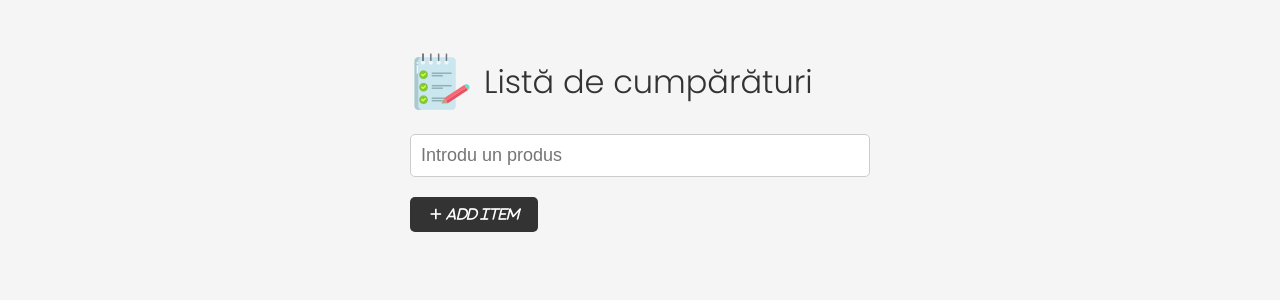
Repository: klaus0005/shopping-list
Page: index.html
The author's editor kept a copy of each file at every save. The page is drawn from the files as they stood at one save, then again after the next save.
The browser window is 1280 px wide. The pictures show the whole page.
Some web libraries are served in a nearby version.

Above is the page before, as saved 2024-06-27 00:08:36.

After the next save:
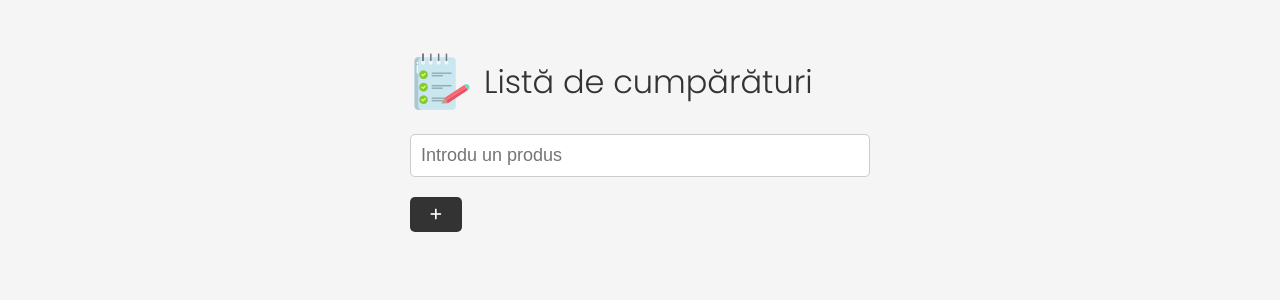
Saved 4 s later.
--- a/script.js
+++ b/script.js
@@ -179,7 +179,7 @@ function checkUI() {
     itemFilter.style.display = 'block';
   }
 
-  formBtn.innerHTML = '<i class="fa-solid fa-plus"><i> Add item';
+  formBtn.innerHTML = '<i class="fa-solid fa-plus"><i> ';
   formBtn.style.backgroundColor = '#333';
   formBtn.style.fontFamily = 'sans-serif';
 
